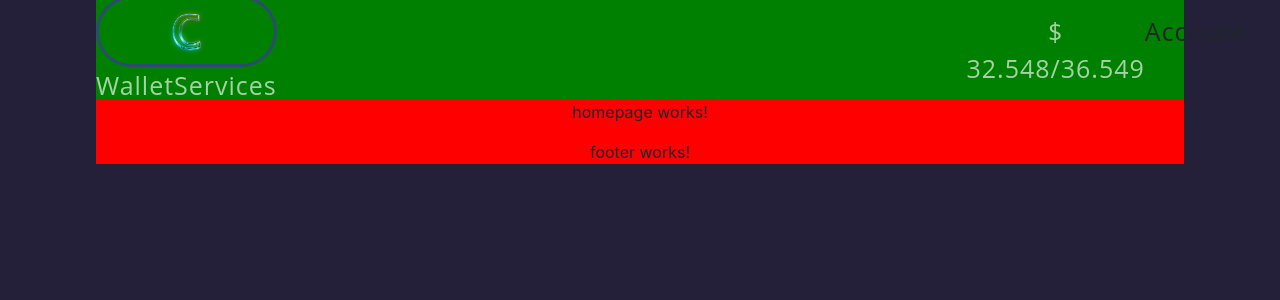
Repository: YuriyBen/Corzbank
Page: / (app in Corzbank.Web/ClientApp/)
An editor plug-in stored every save of this project. The page is shown before and after a run of saves, followed by the edit.
The browser window is 1280 px wide. The pictures show the whole page.
The project was rebuilt for these pictures with package versions that can differ from the ones it lists, and the page was loaded fresh each time. Also part of the build but not shown: Corzbank.Web/ClientApp/angular.json.

Above is the page before, as saved 2022-05-19 19:43:46.

After the next 3 saves:
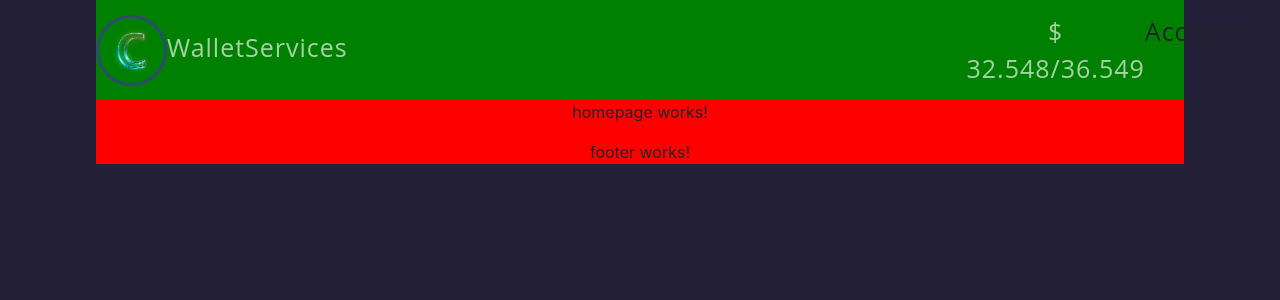
The 3 saves are shown as one change because they came seconds apart.
The last was saved 10 s later.
--- a/Corzbank.Web/ClientApp/src/app/header/header.component.scss
+++ b/Corzbank.Web/ClientApp/src/app/header/header.component.scss
@@ -13,16 +13,11 @@
     font-size: 25px;
     letter-spacing: 1px;
 }
-.left-block .right-block{
+.left-block , .right-block{
     display: flex;
     justify-content: space-between;
     width: 20%;
     align-items: baseline;
-}
-.right-block{
-    display: flex;
-    justify-content: space-between;
-    width: 20%;
 }
 .header span{
     color: white;
